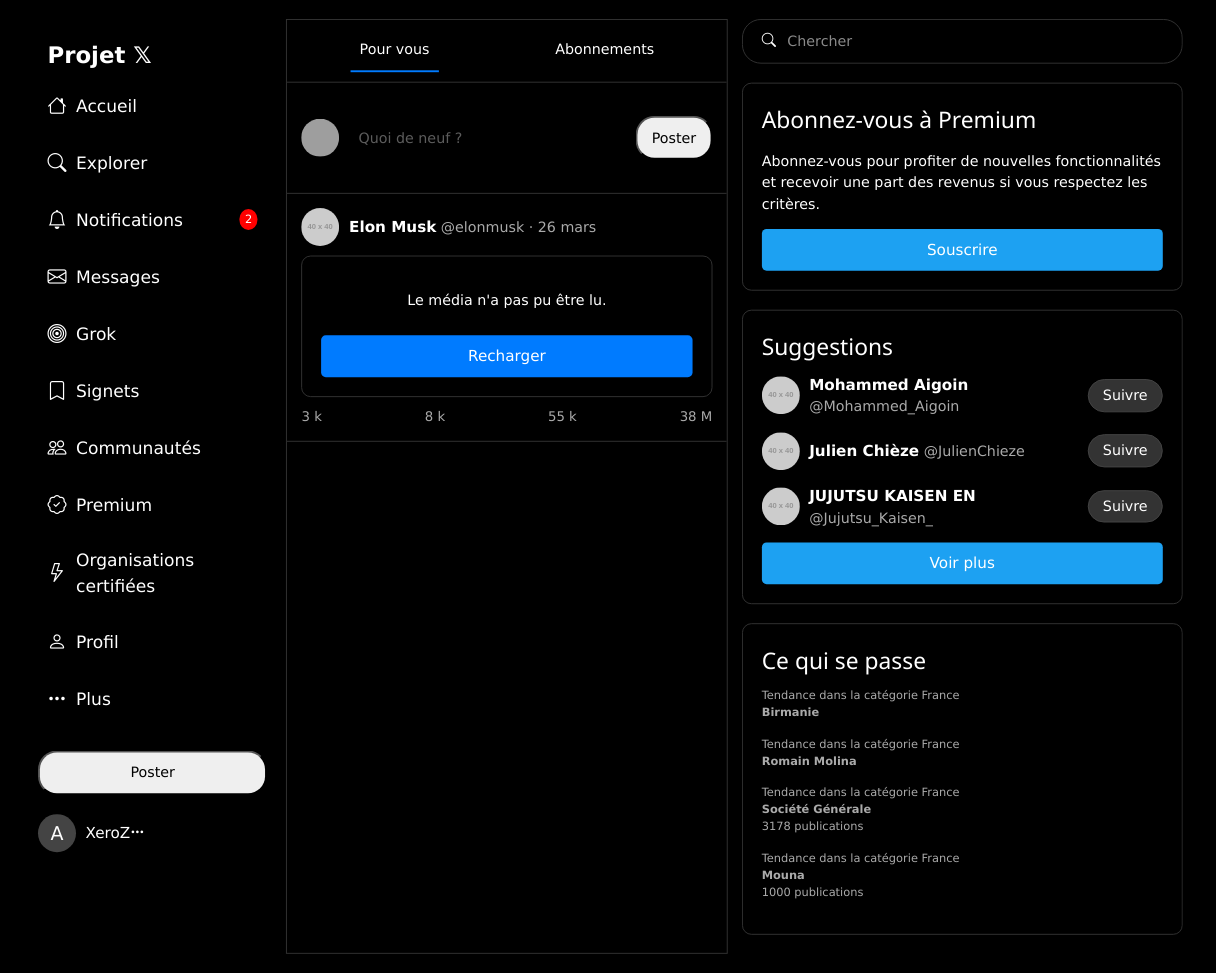
Repository: barriefl/ProjetX_BARRIER_MAULINE_MARQUES-FELIX_SERVONNET
Page: web/front/main.html
These files come from the project's save history. The page is drawn as it stood at one moment and after the next save; the edit follows.
The browser window is 1280 px wide. The pictures show the whole page, at 95% of full size.
Pictures or frames that could not be fetched are drawn as grey boxes.

Above is the page before, as saved 2025-03-31 09:11:17.

### web/front/main.html
<!DOCTYPE html>
<html lang="fr">
  <head>
    <meta charset="UTF-8" />
    <meta name="viewport" content="width=device-width, initial-scale=1.0" />
    <title>Projet &Xopf;</title>
    <link rel="icon" type="image/x-icon" href="image/twitter-x.svg" />
    <link rel="stylesheet" href="style/main.css" />
    <link rel="stylesheet" href="https://www.w3schools.com/w3css/5/w3.css" />
    <link
      rel="stylesheet"
      href="https://cdn.jsdelivr.net/npm/bootstrap-icons@1.5.0/font/bootstrap-icons.css"
    />
  </head>
  <body>
    <div class="sidebar">
      <div class="logo"><a href="/front/main.html">Projet &Xopf;</a></div>
      <ul class="menu">
        <li>
          <a href="/front/main.html"
            ><span class="icon"><i class="bi bi-house"></i></span> Accueil</a
          >
        </li>
        <li>
          <a href=""
            ><span class="icon"><i class="bi bi-search"></i></span>Explorer</a
          >
        </li>
        <li>
          <a href="#"
            ><span class="icon"><i class="bi bi-bell"></i></span> Notifications
            <span class="notification-badge">2</span></a
          >
        </li>
        <li>
          <a href="#"
            ><span class="icon"><i class="bi bi-envelope"></i></span>Messages</a
          >
        </li>
        <li>
          <a href="#"
            ><span class="icon"><i class="bi bi-bullseye"></i></span> Grok</a
          >
        </li>
        <li>
          <a href="#"
            ><span class="icon"><i class="bi bi-bookmark"></i></span> Signets</a
          >
        </li>
        <li>
          <a href="#"
            ><span class="icon"><i class="bi bi-people"></i></span>
            Communautés</a
          >
        </li>
        <li>
          <a href="#"
            ><span class="icon"><i class="bi bi-patch-check"></i></span>
            Premium</a
          >
        </li>
        <li>
          <a href="#"
            ><span class="icon"><i class="bi bi-lightning"></i></span>
            Organisations certifiées</a
          >
        </li>
        <li>
          <a href="#"
            ><span class="icon"><i class="bi bi-person"></i></span> Profil</a
          >
        </li>
        <li>
          <a href="#"
            ><span class="icon"><i class="bi bi-three-dots"></i></span>Plus</a
          >
        </li>
      </ul>
      <button class="post-button">Poster</button>
      <div class="user-info">
        <span class="avatar">A</span>
        <span class="username">XeroZ</span>
        <span class="more-info"><i class="bi bi-three-dots"></i></span>
      </div>
    </div>
    <div class="container container-border">
      <!--  s -->
      <div class="tab-menu">
        <a href="#" class="active">Pour vous</a>
        <a href="#">Abonnements</a>
      </div>

      <!-- Header -->
      <div class="header">
        <img src="empty.png" alt="empty.png" />
        <input type="text" placeholder="Quoi de neuf ?" />
        <button class="post-button">Poster</button>
      </div>

      <!-- Post -->
      <div class="post">
        <div class="user-info">
          <img src="https://via.placeholder.com/40" alt="User Avatar" />
          <div>
            <span class="username">Elon Musk</span>
            <span style="color: #aaa">@elonmusk · 26 mars</span>
          </div>
        </div>
        <div class="content">
          <p>Le média n'a pas pu être lu.</p>
          <button class="button-blue">Recharger</button>
        </div>
        <div class="actions">
          <span>3 k</span>
          <span>8 k</span>
          <span>55 k</span>
          <span>38 M</span>
        </div>
      </div>
    </div>
    <div class="container">
      <!-- Barre de recherche -->
      <div class="search-bar">
        <i class="bi bi-search"></i>
        <input type="text" placeholder="Chercher" />
      </div>

      <!-- Section Premium -->
      <div class="card">
        <h3>Abonnez-vous à Premium</h3>
        <p>
          Abonnez-vous pour profiter de nouvelles fonctionnalités et recevoir
          une part des revenus si vous respectez les critères.
        </p>
        <button class="button-blue">Souscrire</button>
      </div>

      <!-- Suggestions -->
      <div class="card">
        <h3>Suggestions</h3>
        <div class="suggestion">
          <img src="https://via.placeholder.com/40" alt="Avatar" />
          <div class="info">
            <span class="username">Mohammed Aigoin</span>
            <span class="handle">@Mohammed_Aigoin</span>
          </div>
          <button>Suivre</button>
        </div>
        <div class="suggestion">
          <img src="https://via.placeholder.com/40" alt="Avatar" />
          <div class="info">
            <span class="username">Julien Chièze</span>
            <span class="handle">@JulienChieze</span>
          </div>
          <button>Suivre</button>
        </div>
        <div class="suggestion">
          <img src="https://via.placeholder.com/40" alt="Avatar" />
          <div class="info">
            <span class="username">JUJUTSU KAISEN EN</span>
            <span class="handle">@Jujutsu_Kaisen_</span>
          </div>
          <button>Suivre</button>
        </div>
        <button class="button-blue">Voir plus</button>
      </div>

      <!-- Tendances -->
      <div class="card">
        <h3>Ce qui se passe</h3>
        <ul class="trends">
          <li>
            <span>Tendance dans la catégorie France</span>
            <span class="title">Birmanie</span>
          </li>
          <li>
            <span>Tendance dans la catégorie France</span>
            <span class="title">Romain Molina</span>
          </li>
          <li>
            <span>Tendance dans la catégorie France</span>
            <span class="title">Société Générale</span>
            <span>3178 publications</span>
          </li>
          <li>
            <span>Tendance dans la catégorie France</span>
            <span class="title">Mouna</span>
            <span>1000 publications</span>
          </li>
        </ul>
      </div>
    </div>
  </body>
</html>

### web/front/style/main.css
body {
    margin: 0;
    font-family: Arial, sans-serif;
    background-color: #000;
    color: white;
    padding: 0;
    display: flex;
    justify-content: center;
    padding: 20px;
}

.sidebar {
    width: 300px;
    height: 100vh;
    display: flex;
    flex-direction: column;
    padding: 20px;
}

.logo {
    font-size: 24px;
    font-weight: bold;
}

.sidebar a {
    text-decoration: none;
    color: white;
    padding: 10px;
    border-radius: 15px;
    transition: all 0.3s ease-in-out;
}

.sidebar a:hover {
    background-color: #333;
    text-decoration: none;
    color: white;
}

.menu {
    list-style: none;
    padding: 0;
    margin: 0;
}

.menu li {
    margin: 10px 0;
}

.menu a {
    text-decoration: none;
    color: white;
    display: flex;
    align-items: center;
    font-size: 18px;
}

.menu .icon {
    margin-right: 10px;
    font-size: 20px;
}

.notification-badge {
    background-color: red;
    color: white;
    font-size: 12px;
    border-radius: 50%;
    padding: 2px 6px;
    margin-left: auto;
}

.post-button {
    margin: 20px 0;
    padding: 10px 15px;
    border-radius: 20px;
    cursor: pointer;
}

.button-blue {
    width: 100%;
    padding: 10px;
    font-size: 16px;
    background-color: #1da1f2;
    color: white;
    border: none;
    border-radius: 5px;
    cursor: pointer;
}

.button-blue:hover {
    background-color: #0d8ce0;
}

.user-info {
    display: flex;
    align-items: center;
    margin-top: auto;
}

.avatar {
    background-color: #444;
    width: 40px;
    height: 40px;
    display: flex;
    align-items: center;
    justify-content: center;
    border-radius: 50%;
    font-size: 20px;
    margin-right: 10px;
}

.username {
    font-size: 16px;
}

.container {
    width: 500px;
    overflow: hidden;
    margin-right: 15px;
}

.container-border {
    border: 1px solid #333;
}

.header {
    display: flex;
    align-items: center;
    padding: 15px;
    border-bottom: 1px solid #333;
}

.header img {
    width: 40px;
    height: 40px;
    border-radius: 50%;
    margin-right: 10px;
}

.header input {
    flex: 1;
    background: transparent;
    border: none;
    outline: none;
    padding: 10px;
    color: #fff;
}

.header input::placeholder {
    color: #aaa;
}

.post {
    padding: 15px;
    border-bottom: 1px solid #333;
}

.post .user-info {
    display: flex;
    align-items: center;
    margin-bottom: 10px;
}

.post .user-info img {
    width: 40px;
    height: 40px;
    border-radius: 50%;
    margin-right: 10px;
}

.post .user-info .username {
    font-weight: bold;
}

.post .content {
    border: solid 1px #333;
    border-radius: 10px;
    padding: 20px;
    text-align: center;
}

.post .content button {
    background-color: #007bff;
    color: #fff;
    border: none;
    border-radius: 5px;
    padding: 10px 20px;
    margin-top: 10px;
    cursor: pointer;
}

.post .actions {
    display: flex;
    justify-content: space-between;
    margin-top: 10px;
    font-size: 14px;
    color: #aaa;
}

.tab-menu {
    display: flex;
    justify-content: space-around;
    padding: 10px;
    border-bottom: 1px solid #333;
}

.tab-menu a {
    color: #fff;
    text-decoration: none;
    padding: 10px;
}

.tab-menu a.active {
    border-bottom: 2px solid #007bff;
}

 .search-bar {
     display: flex;
     padding: 10px 20px;
     margin-bottom: 20px;
     border-radius: 20px;
     border: 1px solid #333;
 }

 .search-bar input {
     flex: 1;
     background: transparent;
     border: none;
     outline: none;
     color: #ffffff;
 }

 .search-bar i {
     margin-right: 10px;
 }

 .card {
    border: 1px solid #333;
     border-radius: 10px;
     padding: 20px;
     margin-bottom: 20px;
 }

 .card h3 {
     margin-top: 0;
 }

 .card .button {
     display: inline-block;
     background-color: #007bff;
     color: #ffffff;
     text-decoration: none;
     padding: 10px 20px;
     border-radius: 20px;
     margin-top: 10px;
     text-align: center;
 }

 .suggestion {
     display: flex;
     align-items: center;
     margin-bottom: 15px;
 }

 .suggestion img {
     width: 40px;
     height: 40px;
     border-radius: 50%;
     margin-right: 10px;
 }

 .suggestion .info {
     flex: 1;
 }

 .suggestion .info .username {
     font-weight: bold;
 }

 .suggestion .info .handle {
     color: #aaa;
 }

 .suggestion button {
     background-color: #333;
     border: 1px solid #444;
     color: #fff;
     border-radius: 20px;
     padding: 5px 15px;
     cursor: pointer;
 }

 .trends {
     list-style: none;
     padding: 0;
     margin: 0;
 }

 .trends li {
     margin-bottom: 15px;
 }

 .trends li span {
     display: block;
     color: #aaa;
     font-size: 12px;
 }

 .trends li .title {
     font-weight: bold;
 }

After the next save:
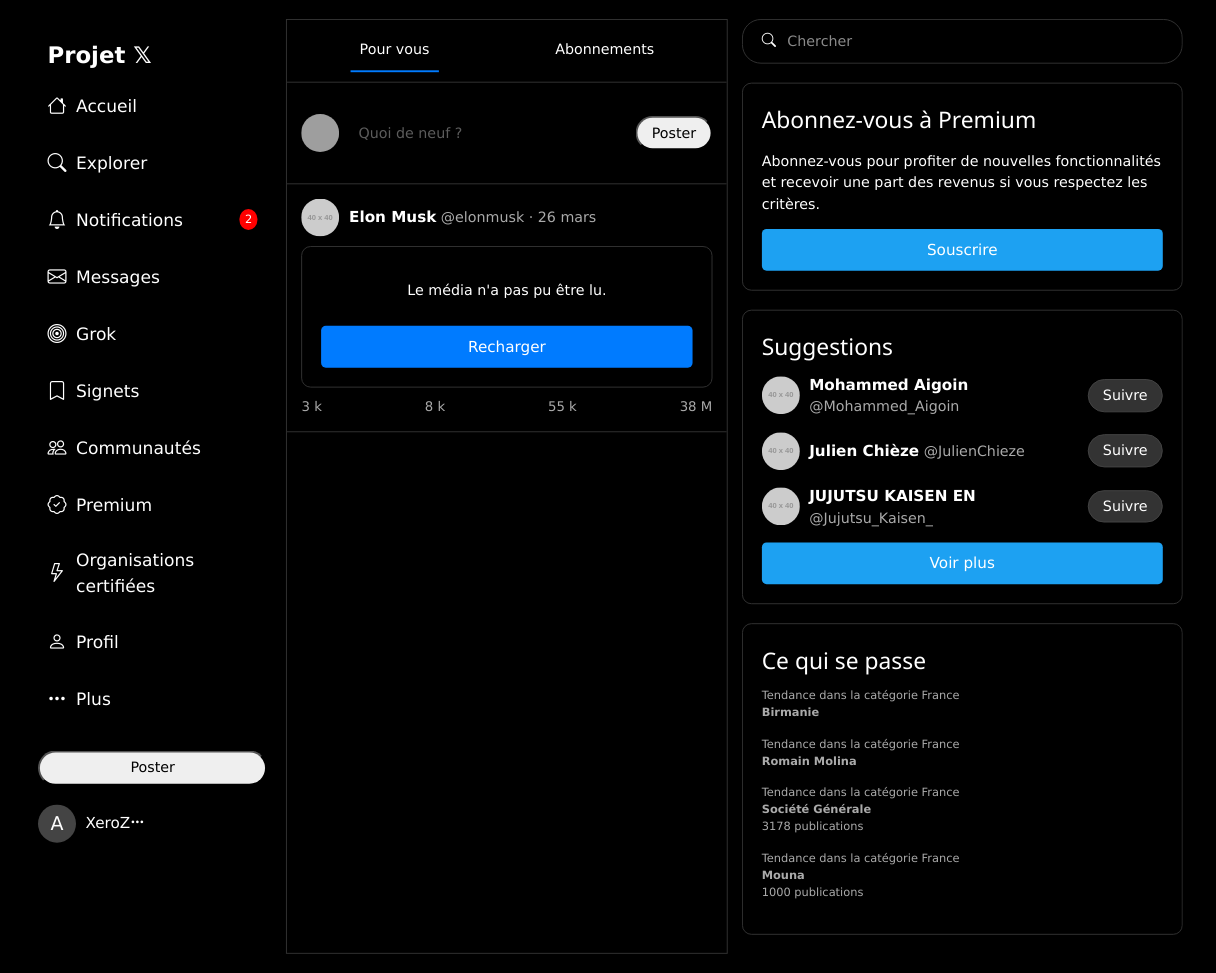
Saved 7 s later.
--- a/web/front/style/main.css
+++ b/web/front/style/main.css
@@ -70,7 +70,7 @@
 
 .post-button {
     margin: 20px 0;
-    padding: 10px 15px;
+    padding: 5px 15px;
     border-radius: 20px;
     cursor: pointer;
 }
